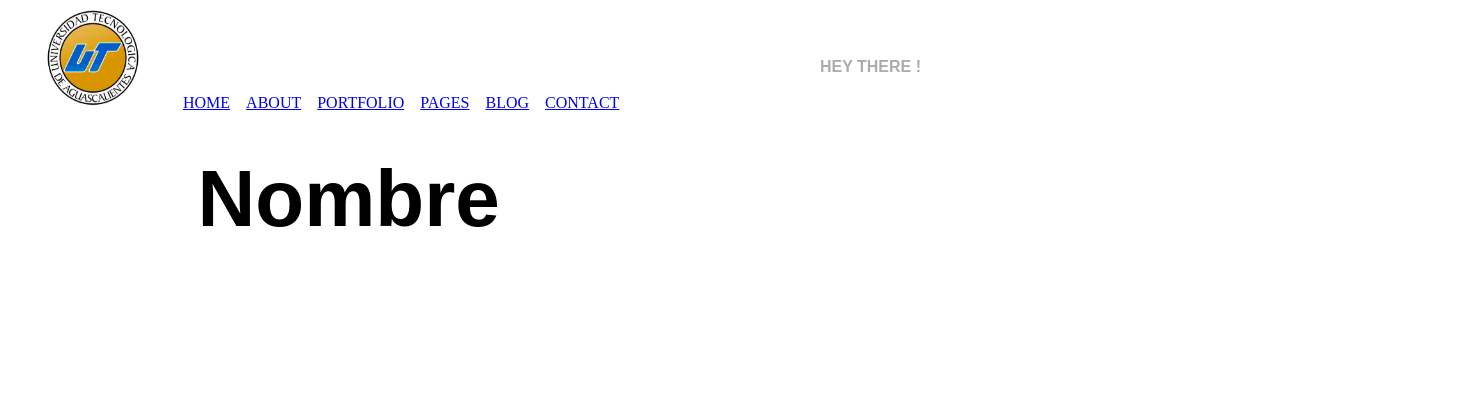
Repository: Armandoyerek11/proyectou1
Page: index.html
These files come from the project's save history. The page is drawn as it stood at one moment and after the next save; the edit follows.
The browser window is 1280 px wide. The page is 1462 px wide, so the pictures cover 1462 px, including what lies to the right of the window. The pictures show the whole page.

Above is the page before, as saved 2022-05-30 14:12:46.

After the next save:
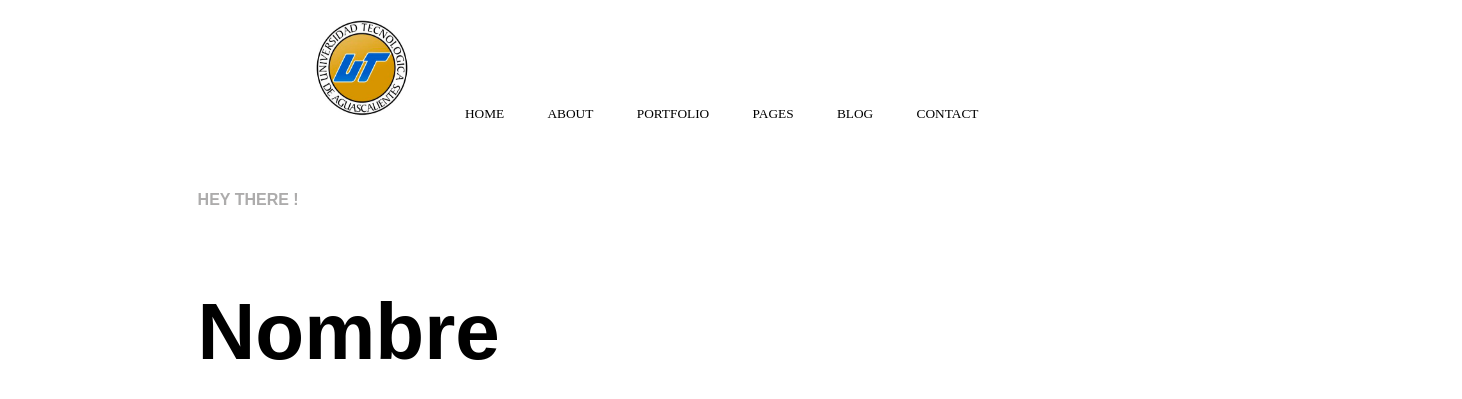
Saved 43 s later.
--- a/style.css
+++ b/style.css
@@ -1,16 +1,18 @@
 .nav_bar {
-    list-style: none;
     display: inline-block;
-    padding: 1px;
-    margin-left: 5px;
-    margin-right: 5px;
+    background: white;
+    color: black;
+    text-align: center;
+    padding: 9px 20px;
+    text-decoration: none;
 }
 
 nav {
-    float: left;
-    margin-top: 0px;
-    margin-left: 5px;
-    margin-right: 5px;
+    background: rgb(255, 255, 255);
+    padding: 10px;
+    text-align: center;
+    font-style: sans-serif;
+    font-size: smaller;
 }
 
 .nav_bar:hover {
